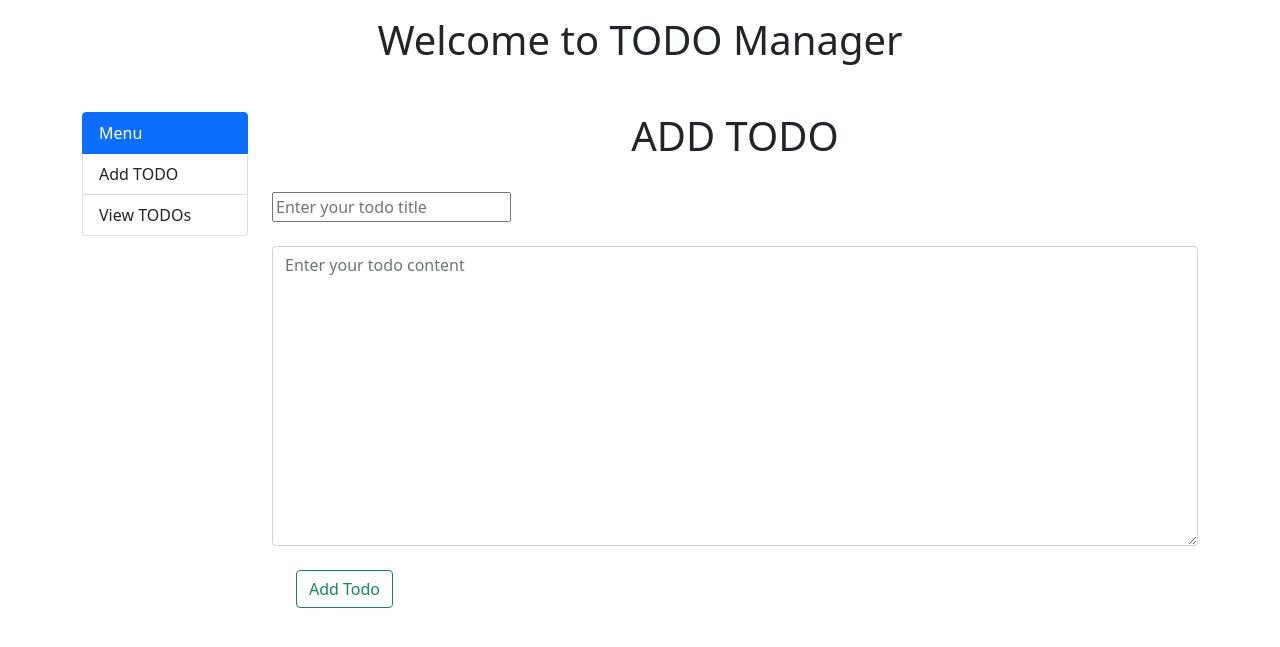
Repository: Tanmoy4672/Hibernate
Page: http://localhost/SpringMVCProject/add
These files come from the project's save history. The page is drawn as it stood at one moment and after the next save; the edit follows.
The browser window is 1280 px wide. The pictures show the whole page.
The page is served by Tomcat 9.

Above is the page before, as saved 2021-12-20 00:16:45.

After the next save:
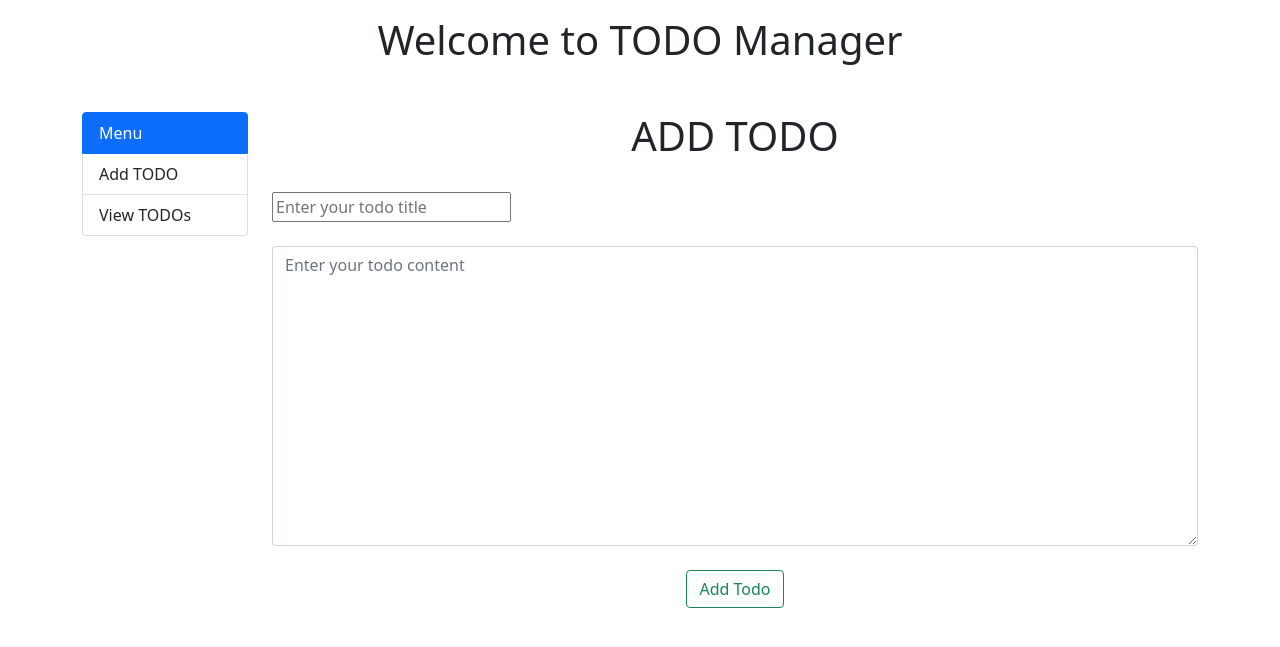
Saved 41 s later.
--- a/SpringMVCProject/src/main/webapp/WEB-INF/pages/home.jsp
+++ b/SpringMVCProject/src/main/webapp/WEB-INF/pages/home.jsp
@@ -54,7 +54,7 @@
 								cssStyle="height:300px;" placeholder="Enter your todo content" />
 						</div>
 						<br>
-						<div class="container text center">
+						<div class="container text-center">
 							<button class="btn btn-outline-success">Add Todo</button>
 						</div>
 					</form:form>
